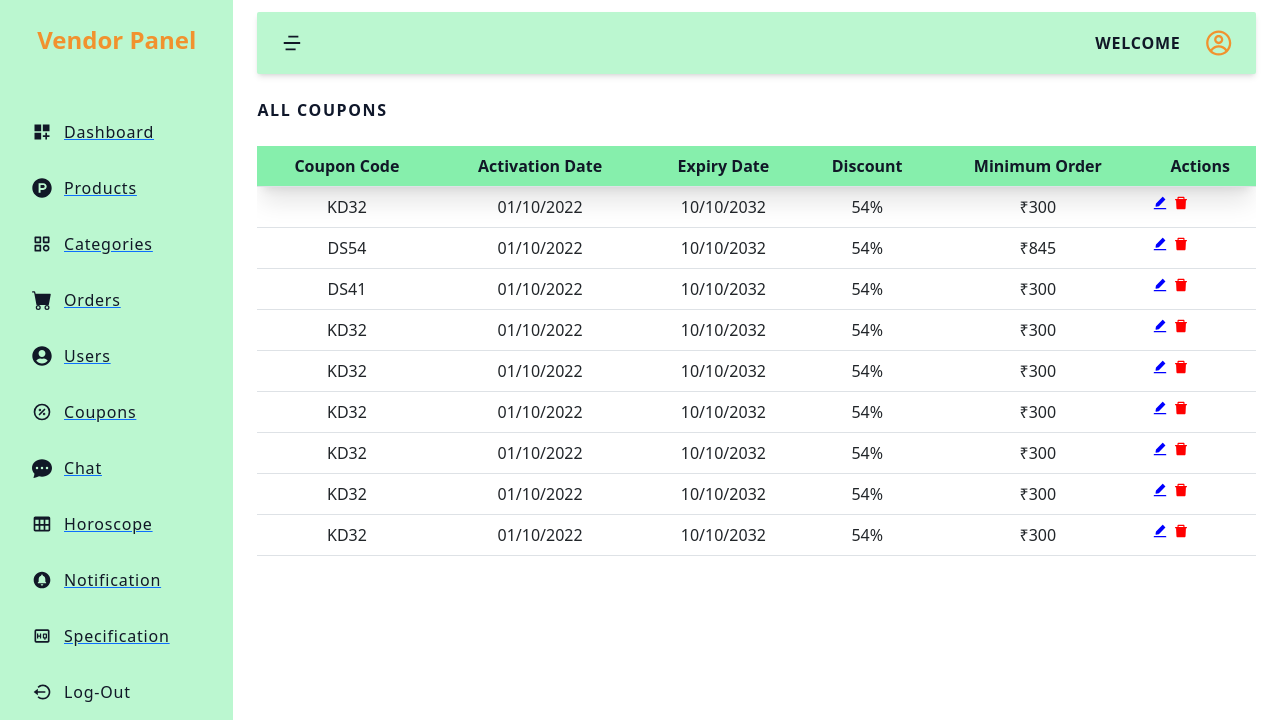
Repository: FlyweisReact/JitenderAdminPanel
Page: /discount
These files come from the project's save history. The page is drawn as it stood at one moment and after the next save; the edit follows.
The browser window is 1280 px wide. The pictures show the whole page.
An inner scrolling area shows only its first screen. The project was rebuilt for these pictures with package versions that can differ from the ones it lists, and the page was loaded fresh each time. Also part of the build but not shown: src/components/forms/Login.jsx, src/components/pages/Dashboard.jsx, src/components/vendorPanel/components/layout/Navbar.jsx, src/components/vendorPanel/components/layout/Sidebar.jsx, src/components/vendorPanel/components/layout/HOC.jsx, src/components/vendorPanel/components/pages/Message/Message.js, src/components/pages/UserKundli/UserKundli.jsx, src/components/pages/reactChat/Chat.js and 18 more.

Above is the page before, as saved 2022-11-05 16:54:45.

After the next save:
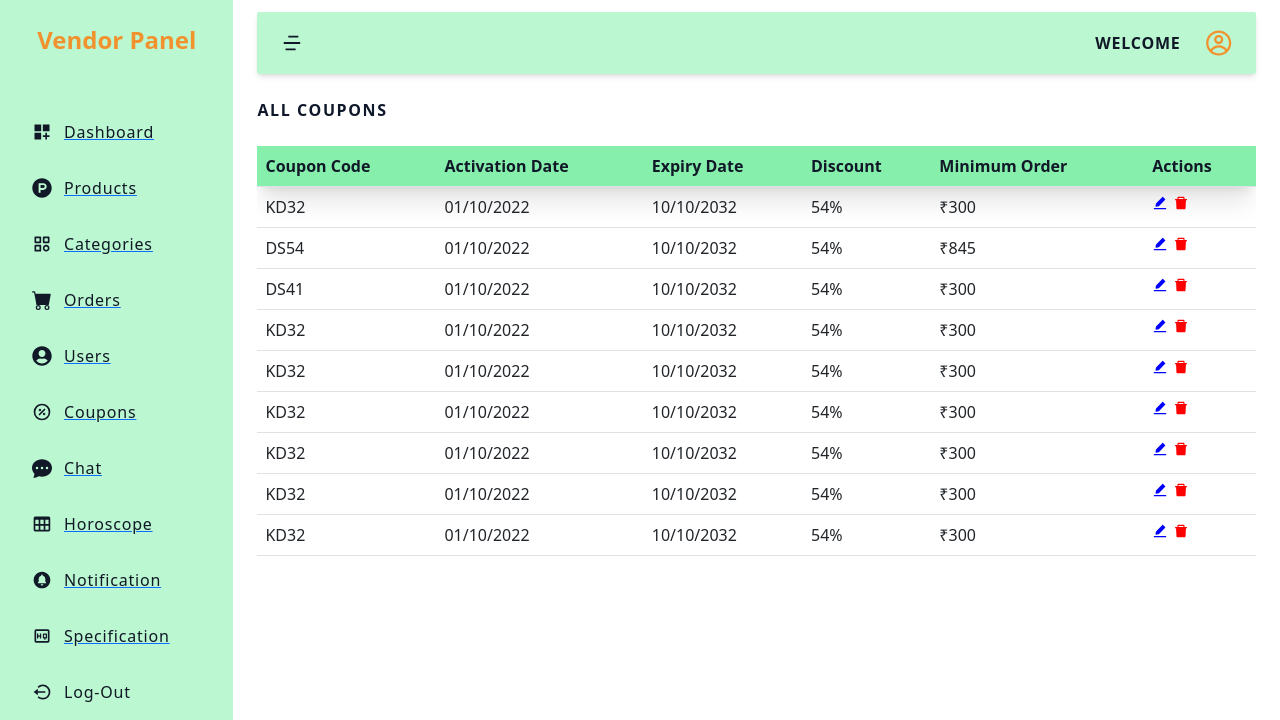
Saved 36 s later.
--- a/src/components/pages/discount/Discount.jsx
+++ b/src/components/pages/discount/Discount.jsx
@@ -153,7 +153,7 @@ const Discount = () => {
         </div>
 
         <div style={{ maxWidth: "100%", overflow: "auto" }}>
-          <Table style={{ paddingTop: "5%", textAlign: "center" }}>
+          <Table style={{ paddingTop: "5%" }}>
             <thead>
               <tr className=" border-b bg-green-300 shadow-xl text-gray-900">
                 <th>Coupon Code</th>
